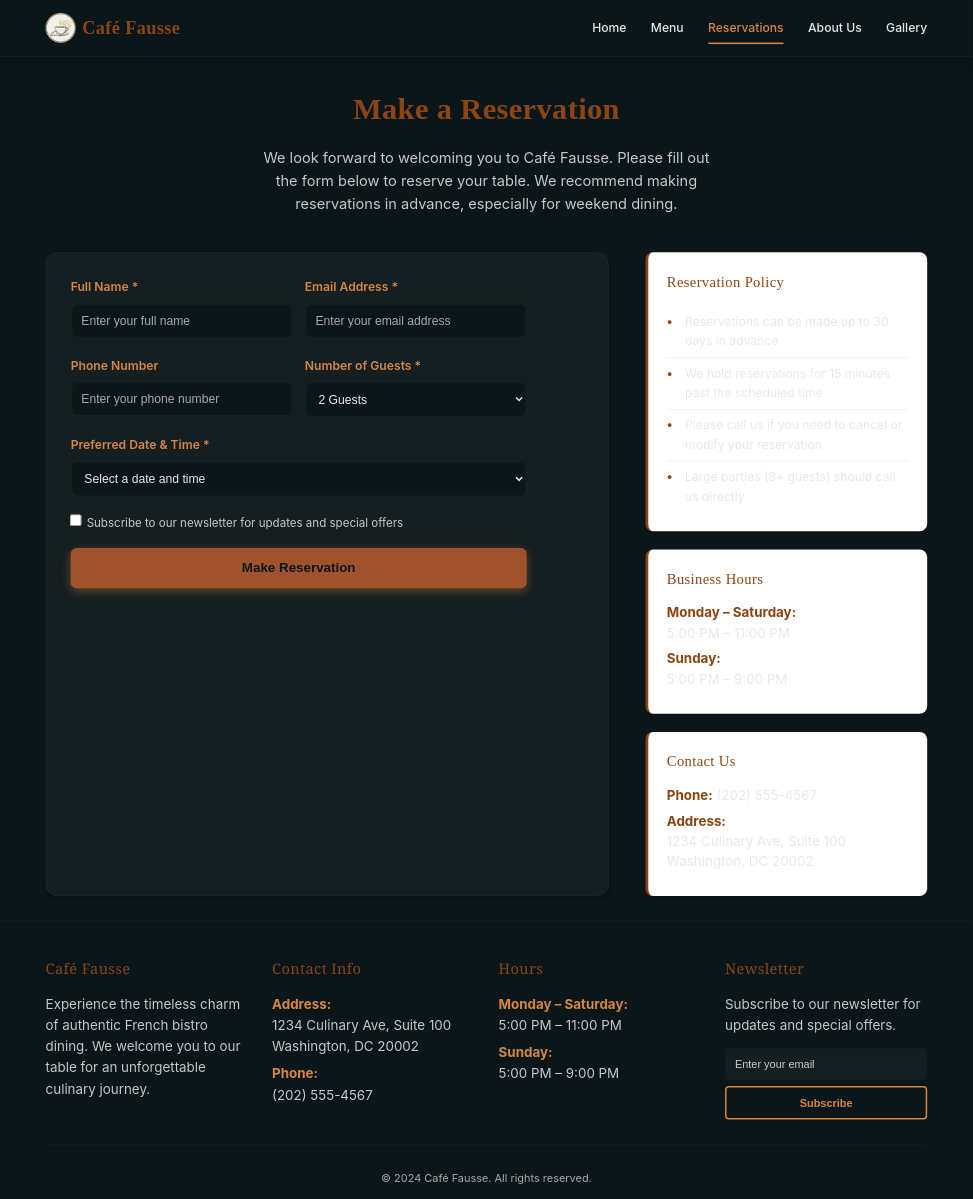
Repository: MatVanDenArt/MSSE-Cafe-Fausse
Page: /reservations (app in frontend/)
The author's editor kept a copy of each file at every save. The page is drawn from the files as they stood at one save, then again after the next save.
The browser window is 1280 px wide. The pictures show the whole page, at 76% of full size.
The pointer rests on the first visible `.reservation-submit`.
The project was rebuilt for these pictures with package versions that can differ from the ones it lists, and the page was loaded fresh each time. Also part of the build but not shown: frontend/src/pages/Home.css, frontend/src/pages/Home.js, frontend/src/pages/Menu.css, frontend/src/pages/Menu.js, frontend/src/pages/About.css, frontend/src/pages/About.js, frontend/src/pages/Gallery.css, frontend/src/pages/Gallery.js.

Above is the page before, as saved 2025-10-26 15:29:03.

### frontend/src/App.js
import React from "react";
import { BrowserRouter as Router, Routes, Route } from "react-router-dom";
import "./App.css";

// Import components
import Header from "./components/Header";
import Footer from "./components/Footer";
import Home from "./pages/Home";
import Menu from "./pages/Menu";
import Reservations from "./pages/Reservations";
import About from "./pages/About";
import Gallery from "./pages/Gallery";

function App() {
  return (
    <Router>
      <div className="App">
        <Header />
        <main className="main-content">
          <Routes>
            <Route path="/" element={<Home />} />
            <Route path="/menu" element={<Menu />} />
            <Route path="/reservations" element={<Reservations />} />
            <Route path="/about" element={<About />} />
            <Route path="/gallery" element={<Gallery />} />
          </Routes>
        </main>
        <Footer />
      </div>
    </Router>
  );
}

export default App;

### frontend/src/App.css
/* Global Styles */
* {
  margin: 0;
  padding: 0;
  box-sizing: border-box;
}

@import url("https://fonts.googleapis.com/css2?family=Dancing+Script:wght@400;500;600;700&family=Cormorant+Garamond:ital,wght@0,300;0,400;0,500;0,600;0,700;1,300;1,400;1,500;1,600&family=Inter:wght@300;400;500;600&family=Source+Sans+Pro:ital,wght@0,300;0,400;0,600;1,300;1,400&display=swap");

body {
  font-family: "Inter", "Source Sans Pro", "Helvetica Neue", "Arial", sans-serif;
  line-height: 1.6;
  color: #e8e8e8;
  background-color: #0b161a;
  font-weight: 400;
}

.App {
  min-height: 100vh;
  display: flex;
  flex-direction: column;
}

.main-content {
  flex: 1;
  padding-top: 80px; /* Account for fixed header */
}

/* Typography */
h1,
h2,
h3,
h4,
h5,
h6 {
  font-family: "Cormorant Garamond", "EB Garamond", "Georgia", "Times New Roman",
    serif;
  font-weight: 500;
  margin-bottom: 1rem;
  letter-spacing: 0.5px;
}

h1 {
  font-size: 2.5rem;
  color: #8b4513;
  font-family: "Dancing Script", "Cormorant Garamond", serif;
  font-weight: 600;
}

h2 {
  font-size: 2rem;
  color: #8b4513;
  font-family: "Dancing Script", "Cormorant Garamond", serif;
  font-weight: 600;
}

h3 {
  font-size: 1.5rem;
  color: #8b4513;
  font-family: "Dancing Script", "Cormorant Garamond", serif;
  font-weight: 500;
}

p {
  margin-bottom: 1rem;
  font-size: 1.1rem;
  font-family: "Inter", "Source Sans Pro", "Helvetica Neue", "Arial", sans-serif;
}

/* Container */
.container {
  max-width: 1200px;
  margin: 0 auto;
  padding: 0 20px;
}

/* Grid System */
.grid {
  display: grid;
  gap: 2rem;
}

.grid-2 {
  grid-template-columns: repeat(auto-fit, minmax(300px, 1fr));
}

.grid-3 {
  grid-template-columns: repeat(auto-fit, minmax(250px, 1fr));
}

.grid-4 {
  grid-template-columns: repeat(auto-fit, minmax(200px, 1fr));
}

/* Flexbox Utilities */
.flex {
  display: flex;
}

.flex-center {
  display: flex;
  justify-content: center;
  align-items: center;
}

.flex-between {
  display: flex;
  justify-content: space-between;
  align-items: center;
}

.flex-column {
  display: flex;
  flex-direction: column;
}

/* Buttons */
.btn {
  display: inline-block;
  padding: 12px 24px;
  background-color: #d58643;
  color: #0b161a;
  text-decoration: none;
  border: none;
  border-radius: 5px;
  font-size: 1rem;
  font-weight: 600;
  cursor: pointer;
  transition: all 0.3s ease;
  text-align: center;
}

.btn:hover {
  background-color: #c0763a;
  transform: translateY(-2px);
  box-shadow: 0 4px 12px rgba(213, 134, 67, 0.4);
}

.btn-secondary {
  background-color: transparent;
  color: #d58643;
  border: 2px solid #d58643;
}

.btn-secondary:hover {
  background-color: #d58643;
  color: #0b161a;
}

.btn-large {
  padding: 16px 32px;
  font-size: 1.1rem;
}

/* Forms */
.form-group {
  margin-bottom: 1.5rem;
}

.form-label {
  display: block;
  margin-bottom: 0.5rem;
  font-weight: 600;
  color: #d58643;
}

.form-input,
.form-select,
.form-textarea {
  width: 100%;
  padding: 12px;
  border: 2px solid #151f21;
  border-radius: 5px;
  font-size: 1rem;
  transition: border-color 0.3s ease;
  background-color: #151f21;
  color: #e8e8e8;
}

.form-input:focus,
.form-select:focus,
.form-textarea:focus {
  outline: none;
  border-color: #d58643;
  box-shadow: 0 0 0 3px rgba(213, 134, 67, 0.1);
}

.form-textarea {
  resize: vertical;
  min-height: 100px;
}

/* Cards */
.card {
  background: #151f21;
  border-radius: 10px;
  box-shadow: 0 4px 6px rgba(0, 0, 0, 0.3);
  overflow: hidden;
  transition: transform 0.3s ease;
  border: 1px solid #1f2a2d;
}

.card:hover {
  transform: translateY(-5px);
}

.card-body {
  padding: 1.5rem;
}

.card-title {
  font-size: 1.25rem;
  margin-bottom: 0.5rem;
  color: #8b4513;
  font-family: "Dancing Script", "Cormorant Garamond", serif;
  font-weight: 500;
}

.card-text {
  color: #c8c8c8;
  margin-bottom: 1rem;
}

/* Images */
.img-responsive {
  width: 100%;
  height: auto;
  display: block;
}

.img-rounded {
  border-radius: 10px;
}

/* Sections */
.section {
  padding: 4rem 0;
}

.section-dark {
  background-color: #0b161a;
  color: white;
}

.section-light {
  background-color: #151f21;
}

.section-title {
  text-align: center;
  margin-bottom: 3rem;
}

.section-title h2 {
  font-size: 2.5rem;
  margin-bottom: 1rem;
}

.section-title p {
  font-size: 1.2rem;
  color: #c8c8c8;
  max-width: 600px;
  margin: 0 auto;
}

/* Hero Section - Moved to Home.css */

.hero-content h1 {
  font-size: 3.5rem;
  margin-bottom: 1rem;
  color: white;
}

.hero-content p {
  font-size: 1.3rem;
  margin-bottom: 2rem;
  max-width: 600px;
}

.hero-buttons {
  display: flex;
  gap: 1rem;
  justify-content: center;
  flex-wrap: wrap;
}

/* Navigation */
.nav {
  background-color: white;
  box-shadow: 0 2px 10px rgba(0, 0, 0, 0.1);
  position: fixed;
  top: 0;
  left: 0;
  right: 0;
  z-index: 1000;
}

.nav-container {
  display: flex;
  justify-content: space-between;
  align-items: center;
  padding: 1rem 0;
}

.nav-logo {
  font-size: 1.5rem;
  font-weight: bold;
  color: #8b4513;
  text-decoration: none;
}

.nav-menu {
  display: flex;
  list-style: none;
  gap: 2rem;
}

.nav-link {
  color: #333;
  text-decoration: none;
  font-weight: 500;
  transition: color 0.3s ease;
}

.nav-link:hover {
  color: #8b4513;
}

/* Footer */
.footer {
  background-color: #333;
  color: white;
  padding: 3rem 0 1rem;
}

.footer-content {
  display: grid;
  grid-template-columns: repeat(auto-fit, minmax(250px, 1fr));
  gap: 2rem;
  margin-bottom: 2rem;
}

.footer-section h3 {
  color: #8b4513;
  margin-bottom: 1rem;
}

.footer-bottom {
  text-align: center;
  padding-top: 2rem;
  border-top: 1px solid #555;
  color: #ccc;
}

/* Responsive Design */
@media (max-width: 768px) {
  .container {
    padding: 0 15px;
  }

  .hero-content h1 {
    font-size: 2.5rem;
  }

  .hero-content p {
    font-size: 1.1rem;
  }

  .hero-buttons {
    flex-direction: column;
    align-items: center;
  }

  .nav-menu {
    flex-direction: column;
    gap: 1rem;
  }

  .grid-2,
  .grid-3,
  .grid-4 {
    grid-template-columns: 1fr;
  }

  h1 {
    font-size: 2rem;
  }

  h2 {
    font-size: 1.5rem;
  }
}

@media (max-width: 480px) {
  .hero-content h1 {
    font-size: 2rem;
  }

  .section {
    padding: 2rem 0;
  }

  .btn {
    padding: 10px 20px;
    font-size: 0.9rem;
  }
}

/* Utility Classes */
.text-center {
  text-align: center;
}

.text-left {
  text-align: left;
}

.text-right {
  text-align: right;
}

.mb-1 {
  margin-bottom: 0.5rem;
}
.mb-2 {
  margin-bottom: 1rem;
}
.mb-3 {
  margin-bottom: 1.5rem;
}
.mb-4 {
  margin-bottom: 2rem;
}

.mt-1 {
  margin-top: 0.5rem;
}
.mt-2 {
  margin-top: 1rem;
}
.mt-3 {
  margin-top: 1.5rem;
}
.mt-4 {
  margin-top: 2rem;
}

.p-1 {
  padding: 0.5rem;
}
.p-2 {
  padding: 1rem;
}
.p-3 {
  padding: 1.5rem;
}
.p-4 {
  padding: 2rem;
}

.hidden {
  display: none;
}

.visible {
  display: block;
}

### frontend/src/components/Header.js
import React, { useState } from "react";
import { Link, useLocation } from "react-router-dom";
import "./Header.css";

const Header = () => {
  const [isMenuOpen, setIsMenuOpen] = useState(false);
  const location = useLocation();

  const toggleMenu = () => {
    setIsMenuOpen(!isMenuOpen);
  };

  const closeMenu = () => {
    setIsMenuOpen(false);
  };

  const isActive = (path) => {
    return location.pathname === path ? "active" : "";
  };

  return (
    <nav className="nav">
      <div className="container">
        <div className="nav-container">
          <Link to="/" className="nav-logo" onClick={closeMenu}>
            <img
              src="/images/Logo - Cafe Fausse.png"
              alt="Café Fausse Logo"
              className="nav-logo-img"
            />
            <span className="nav-logo-text">Café Fausse</span>
          </Link>

          <div className={`nav-menu ${isMenuOpen ? "nav-menu-open" : ""}`}>
            <Link
              to="/"
              className={`nav-link ${isActive("/")}`}
              onClick={closeMenu}
            >
              Home
            </Link>
            <Link
              to="/menu"
              className={`nav-link ${isActive("/menu")}`}
              onClick={closeMenu}
            >
              Menu
            </Link>
            <Link
              to="/reservations"
              className={`nav-link ${isActive("/reservations")}`}
              onClick={closeMenu}
            >
              Reservations
            </Link>
            <Link
              to="/about"
              className={`nav-link ${isActive("/about")}`}
              onClick={closeMenu}
            >
              About Us
            </Link>
            <Link
              to="/gallery"
              className={`nav-link ${isActive("/gallery")}`}
              onClick={closeMenu}
            >
              Gallery
            </Link>
          </div>

          <button
            className="nav-toggle"
            onClick={toggleMenu}
            aria-label="Toggle navigation menu"
          >
            <span className="nav-toggle-line"></span>
            <span className="nav-toggle-line"></span>
            <span className="nav-toggle-line"></span>
          </button>
        </div>
      </div>
    </nav>
  );
};

export default Header;

### frontend/src/components/Footer.js
import React, { useState } from "react";
import "./Footer.css";

const Footer = () => {
  const [email, setEmail] = useState("");
  const [isSubscribed, setIsSubscribed] = useState(false);
  const [isLoading, setIsLoading] = useState(false);

  const handleNewsletterSubmit = async (e) => {
    e.preventDefault();
    if (!email) return;

    setIsLoading(true);
    try {
      const response = await fetch("http://localhost:5000/api/newsletter", {
        method: "POST",
        headers: {
          "Content-Type": "application/json",
        },
        body: JSON.stringify({ email }),
      });

      if (response.ok) {
        setIsSubscribed(true);
        setEmail("");
      } else {
        const error = await response.json();
        console.error("Newsletter signup error:", error);
      }
    } catch (error) {
      console.error("Newsletter signup error:", error);
    } finally {
      setIsLoading(false);
    }
  };

  return (
    <footer className="footer">
      <div className="container">
        <div className="footer-content">
          <div className="footer-section">
            <h3>Café Fausse</h3>
            <p>
              Experience the timeless charm of authentic French bistro dining.
              We welcome you to our table for an unforgettable culinary journey.
            </p>
          </div>

          <div className="footer-section">
            <h3>Contact Info</h3>
            <p>
              <strong>Address:</strong><br />
              1234 Culinary Ave, Suite 100<br />
              Washington, DC 20002
            </p>
            <p>
              <strong>Phone:</strong><br />
              (202) 555-4567
            </p>
          </div>

          <div className="footer-section">
            <h3>Hours</h3>
            <p>
              <strong>Monday – Saturday:</strong><br />
              5:00 PM – 11:00 PM
            </p>
            <p>
              <strong>Sunday:</strong><br />
              5:00 PM – 9:00 PM
            </p>
          </div>

          <div className="footer-section">
            <h3>Newsletter</h3>
            <p>Subscribe to our newsletter for updates and special offers.</p>
            {isSubscribed ? (
              <div className="newsletter-success">
                <p>Thank you for subscribing!</p>
              </div>
            ) : (
              <form onSubmit={handleNewsletterSubmit} className="newsletter-form">
                <input
                  type="email"
                  placeholder="Enter your email"
                  value={email}
                  onChange={(e) => setEmail(e.target.value)}
                  required
                  className="newsletter-input"
                />
                <button
                  type="submit"
                  disabled={isLoading}
                  className="btn btn-secondary newsletter-btn"
                >
                  {isLoading ? "Subscribing..." : "Subscribe"}
                </button>
              </form>
            )}
          </div>
        </div>

        <div className="footer-bottom">
          <p>&copy; 2024 Café Fausse. All rights reserved.</p>
        </div>
      </div>
    </footer>
  );
};

export default Footer;

### frontend/src/components/Header.css
.nav {
  background-color: #0b161a;
  box-shadow: 0 2px 10px rgba(0, 0, 0, 0.3);
  position: fixed;
  top: 0;
  left: 0;
  right: 0;
  z-index: 1000;
  border-bottom: 1px solid #151f21;
}

.nav-container {
  display: flex;
  justify-content: space-between;
  align-items: center;
  padding: 1rem 0;
}

.nav-logo {
  display: flex;
  align-items: center;
  gap: 0.5rem;
  text-decoration: none;
  font-family: "Cormorant Garamond", "EB Garamond", "Georgia", "Times New Roman",
    serif;
  font-weight: 500;
  letter-spacing: 0.5px;
}

.nav-logo-img {
  height: 40px;
  width: auto;
}

.nav-logo-text {
  font-size: 1.5rem;
  font-weight: bold;
  color: #8b4513;
  font-family: "Dancing Script", "Cormorant Garamond", serif;
}

.nav-logo:hover .nav-logo-text {
  color: #d58643;
}

.nav-menu {
  display: flex;
  list-style: none;
  gap: 2rem;
  margin: 0;
  padding: 0;
}

.nav-link {
  color: #e8e8e8;
  text-decoration: none;
  font-weight: 500;
  transition: color 0.3s ease;
  padding: 0.5rem 0;
  position: relative;
}

.nav-link:hover,
.nav-link.active {
  color: #d58643;
}

.nav-link.active::after {
  content: "";
  position: absolute;
  bottom: 0;
  left: 0;
  right: 0;
  height: 2px;
  background-color: #d58643;
}

.nav-toggle {
  display: none;
  flex-direction: column;
  background: none;
  border: none;
  cursor: pointer;
  padding: 0.5rem;
}

.nav-toggle-line {
  width: 25px;
  height: 3px;
  background-color: #d58643;
  margin: 3px 0;
  transition: 0.3s;
}

/* Mobile Navigation */
@media (max-width: 768px) {
  .nav-toggle {
    display: flex;
  }

  .nav-menu {
    position: fixed;
    top: 100%;
    left: 0;
    right: 0;
    background-color: white;
    flex-direction: column;
    padding: 2rem;
    box-shadow: 0 2px 10px rgba(0, 0, 0, 0.1);
    transform: translateY(-100%);
    opacity: 0;
    visibility: hidden;
    transition: all 0.3s ease;
  }

  .nav-menu-open {
    transform: translateY(0);
    opacity: 1;
    visibility: visible;
  }

  .nav-link {
    padding: 1rem 0;
    border-bottom: 1px solid #eee;
    text-align: center;
  }

  .nav-link:last-child {
    border-bottom: none;
  }

  .nav-toggle-line:nth-child(1) {
    transform: rotate(45deg) translate(5px, 5px);
  }

  .nav-toggle-line:nth-child(2) {
    opacity: 0;
  }

  .nav-toggle-line:nth-child(3) {
    transform: rotate(-45deg) translate(7px, -6px);
  }
}

### frontend/src/components/Footer.css
.footer {
  background-color: #0b161a;
  color: #e8e8e8;
  padding: 3rem 0 1rem;
  margin-top: auto;
  border-top: 1px solid #151f21;
}

.footer-content {
  display: grid;
  grid-template-columns: repeat(auto-fit, minmax(250px, 1fr));
  gap: 2rem;
  margin-bottom: 2rem;
}

.footer-section h3 {
  color: #8b4513;
  margin-bottom: 1rem;
  font-size: 1.2rem;
  font-family: "Dancing Script", "Cormorant Garamond", "EB Garamond", "Georgia", "Times New Roman",
    serif;
  font-weight: 500;
  letter-spacing: 0.5px;
}

.footer-section p {
  margin-bottom: 0.5rem;
  line-height: 1.6;
  color: #c8c8c8;
}

.footer-section strong {
  color: #d58643;
}

.newsletter-form {
  display: flex;
  flex-direction: column;
  gap: 0.5rem;
  margin-top: 1rem;
}

.newsletter-input {
  padding: 0.75rem;
  border: 1px solid #151f21;
  border-radius: 5px;
  background-color: #151f21;
  color: #e8e8e8;
  font-size: 0.9rem;
}

.newsletter-input::placeholder {
  color: #ccc;
}

.newsletter-input:focus {
  outline: none;
  border-color: #d58643;
}

.newsletter-btn {
  padding: 0.75rem;
  font-size: 0.9rem;
  border: 2px solid #d58643;
  background-color: transparent;
  color: #d58643;
}

.newsletter-btn:hover {
  background-color: #d58643;
  color: #0b161a;
}

.newsletter-btn:disabled {
  opacity: 0.6;
  cursor: not-allowed;
}

.newsletter-success {
  background-color: #4caf50;
  padding: 1rem;
  border-radius: 5px;
  text-align: center;
  margin-top: 1rem;
}

.newsletter-success p {
  margin: 0;
  color: white;
  font-weight: 600;
}

.footer-bottom {
  text-align: center;
  padding-top: 2rem;
  border-top: 1px solid #151f21;
  color: #a8a8a8;
}

.footer-bottom p {
  margin: 0;
  font-size: 0.9rem;
}

@media (max-width: 768px) {
  .footer {
    padding: 2rem 0 1rem;
  }

  .footer-content {
    grid-template-columns: 1fr;
    gap: 1.5rem;
  }

  .newsletter-form {
    flex-direction: column;
  }
}

### frontend/src/pages/Reservations.css
.reservations {
  padding: 2rem 0;
  min-height: 100vh;
}

.reservation-content {
  display: grid;
  grid-template-columns: 2fr 1fr;
  gap: 3rem;
  max-width: 1200px;
  margin: 0 auto;
}

.reservation-form-container {
  background: #151f21;
  padding: 2rem;
  border-radius: 15px;
  box-shadow: 0 4px 6px rgba(0, 0, 0, 0.3);
  border: 1px solid #1f2a2d;
}

.reservation-form {
  max-width: 600px;
}

.form-row {
  display: grid;
  grid-template-columns: 1fr 1fr;
  gap: 1rem;
}

.form-group {
  margin-bottom: 1.5rem;
}

.form-label {
  display: block;
  margin-bottom: 0.5rem;
  font-weight: 600;
  color: #d58643;
  font-size: 1rem;
}

.form-input,
.form-select {
  width: 100%;
  padding: 12px;
  border: 2px solid #151f21;
  border-radius: 8px;
  font-size: 1rem;
  transition: border-color 0.3s ease, box-shadow 0.3s ease;
  background-color: #0b161a;
  color: #e8e8e8;
}

.form-input:focus,
.form-select:focus {
  outline: none;
  border-color: #d58643;
  box-shadow: 0 0 0 3px rgba(213, 134, 67, 0.1);
}

.form-input::placeholder {
  color: #a8a8a8;
}

.checkbox-label {
  display: flex;
  align-items: flex-start;
  gap: 0.5rem;
  cursor: pointer;
  font-size: 0.95rem;
  line-height: 1.4;
}

.checkbox-input {
  margin: 0;
  transform: scale(1.2);
  accent-color: #d58643;
}

.checkbox-text {
  color: #c8c8c8;
}

.submit-status {
  padding: 1rem;
  border-radius: 8px;
  margin-bottom: 1.5rem;
  font-weight: 500;
}

.submit-status.success {
  background-color: #d4edda;
  color: #155724;
  border: 1px solid #c3e6cb;
}

.submit-status.error {
  background-color: #f8d7da;
  color: #721c24;
  border: 1px solid #f5c6cb;
}

.reservation-submit {
  width: 100%;
  padding: 16px;
  font-size: 1.1rem;
  font-weight: 600;
  background-color: #d58643;
  color: #0b161a;
  border: none;
  border-radius: 8px;
  cursor: pointer;
  transition: all 0.3s ease;
}

.reservation-submit:hover:not(:disabled) {
  background-color: #a0522d;
  transform: translateY(-2px);
}

.reservation-submit:disabled {
  background-color: #ccc;
  cursor: not-allowed;
  transform: none;
}

.reservation-info {
  display: flex;
  flex-direction: column;
  gap: 1.5rem;
}

.info-card {
  background: white;
  padding: 1.5rem;
  border-radius: 10px;
  box-shadow: 0 2px 4px rgba(0, 0, 0, 0.1);
  border-left: 4px solid #8b4513;
}

.info-card h3 {
  color: #8b4513;
  margin-bottom: 1rem;
  font-size: 1.2rem;
}

.info-card ul {
  list-style: none;
  padding: 0;
  margin: 0;
}

.info-card li {
  padding: 0.5rem 0;
  border-bottom: 1px solid #eee;
  position: relative;
  padding-left: 1.5rem;
}

.info-card li:last-child {
  border-bottom: none;
}

.info-card li::before {
  content: "•";
  color: #8b4513;
  font-weight: bold;
  position: absolute;
  left: 0;
}

.info-card p {
  margin-bottom: 0.5rem;
  line-height: 1.5;
}

.info-card strong {
  color: #8b4513;
}

@media (max-width: 968px) {
  .reservation-content {
    grid-template-columns: 1fr;
    gap: 2rem;
  }

  .reservation-info {
    order: -1;
  }
}

@media (max-width: 768px) {
  .reservations {
    padding: 1rem 0;
  }

  .reservation-form-container {
    padding: 1.5rem;
  }

  .form-row {
    grid-template-columns: 1fr;
    gap: 0;
  }

  .form-group {
    margin-bottom: 1rem;
  }

  .info-card {
    padding: 1rem;
  }

  .info-card h3 {
    font-size: 1.1rem;
  }
}

@media (max-width: 480px) {
  .reservation-form-container {
    padding: 1rem;
  }

  .form-input,
  .form-select {
    padding: 10px;
    font-size: 0.9rem;
  }

  .reservation-submit {
    padding: 14px;
    font-size: 1rem;
  }

  .info-card {
    padding: 0.8rem;
  }
}

Loaded but not shown: frontend/public/index.html (common file); frontend/src/index.js (common file); frontend/src/index.css (common file); frontend/src/reportWebVitals.js (common file); frontend/public/manifest.json (common file); frontend/src/pages/Reservations.js (310 lines, source omitted)

After the next save:
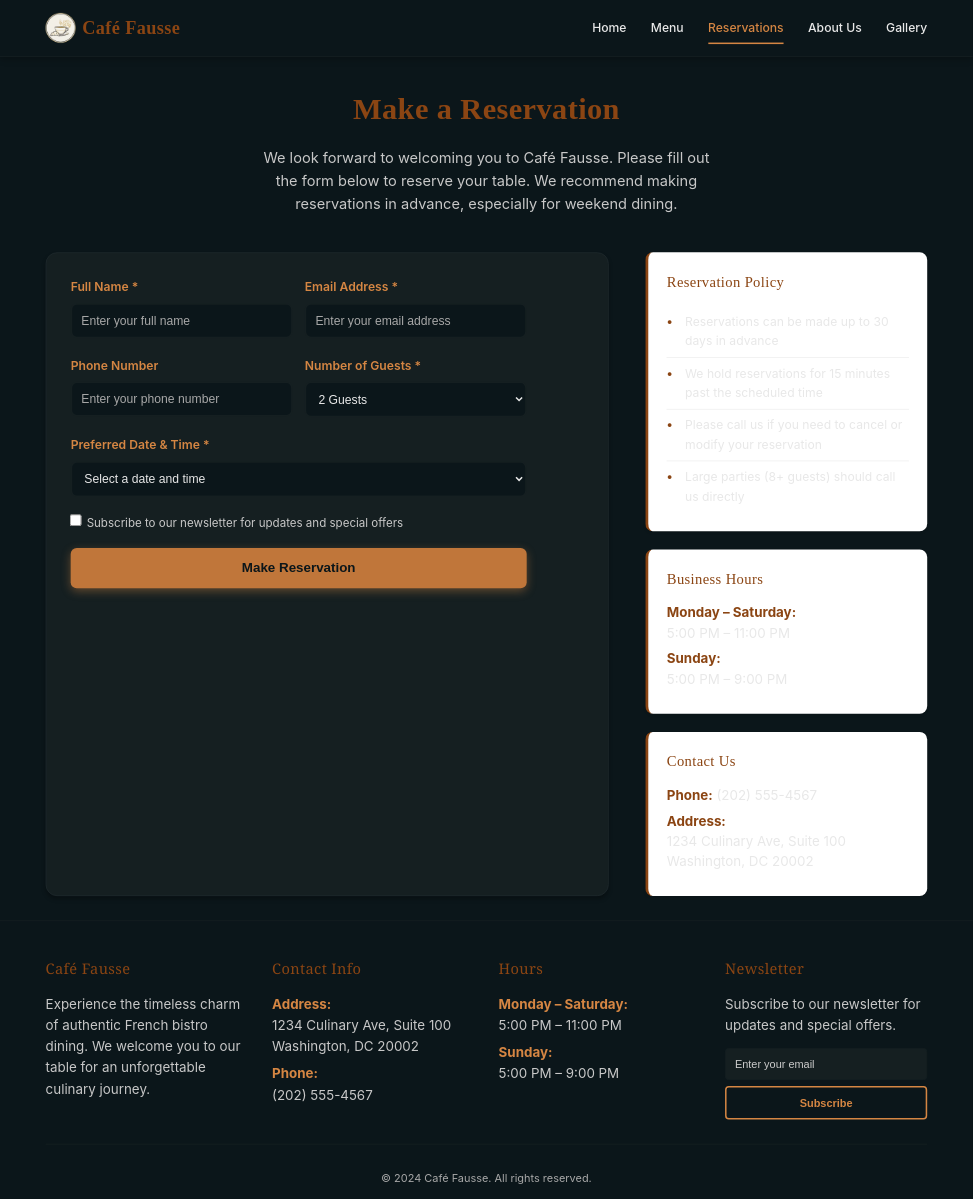
Saved 6 s later.
--- a/frontend/src/pages/Reservations.css
+++ b/frontend/src/pages/Reservations.css
@@ -116,7 +116,7 @@
 }
 
 .reservation-submit:hover:not(:disabled) {
-  background-color: #a0522d;
+  background-color: #c0763a;
   transform: translateY(-2px);
 }
 
